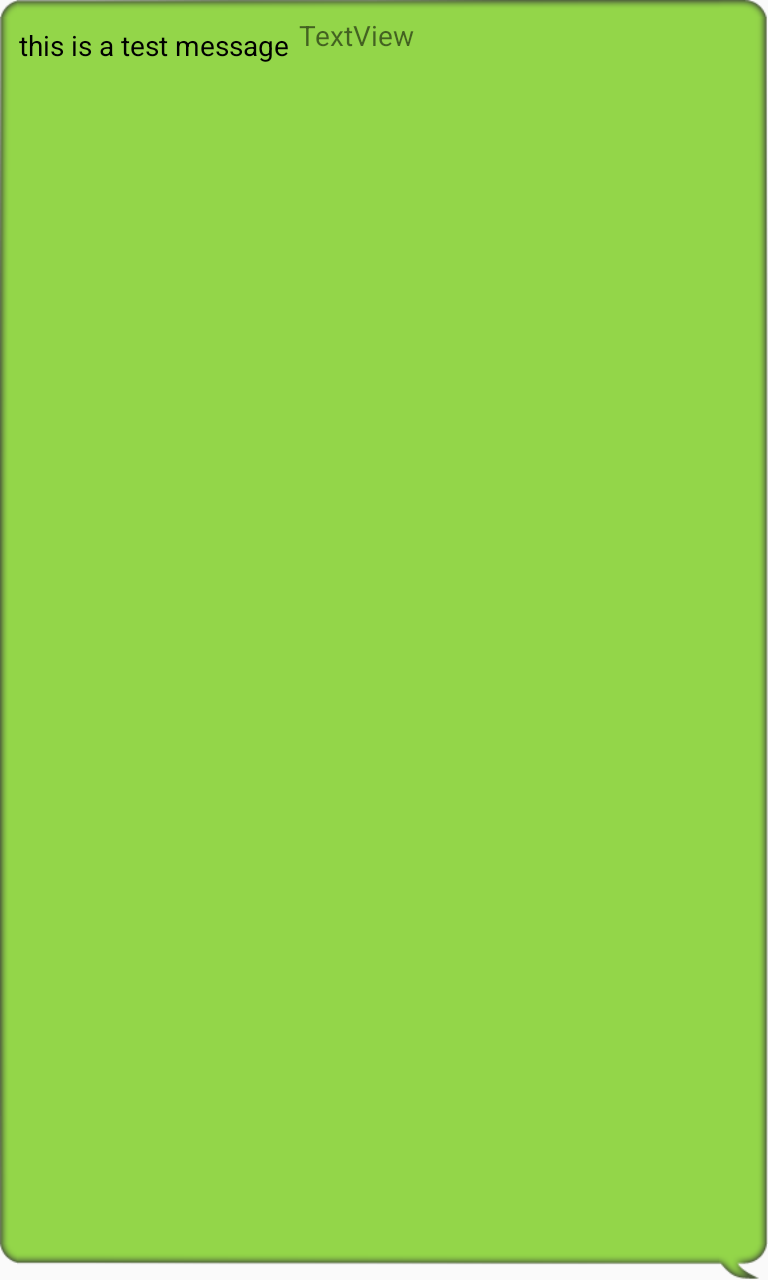
Repository: fareehaamjad/SMI-final
Layout: SecureMobileIdentity/res/layout/sms_row.xml
An editor plug-in stored every save of this project. The layout is shown before and after the next save, followed by the edit.
It is drawn on a 768 x 1280 px phone screen (xhdpi) without system bars, with theme AppTheme; the app's code is not run.

Above is the layout before, as saved 2015-08-22 09:30:34.

### SecureMobileIdentity/res/layout/sms_row.xml
<?xml version="1.0" encoding="utf-8"?>
<LinearLayout xmlns:android="http://schemas.android.com/apk/res/android"
    android:layout_width="wrap_content"
    android:layout_height="wrap_content"
    android:background="@drawable/speech_bubble_green"
    android:orientation="horizontal" >

    <TextView
        android:id="@+id/message_text"
        android:layout_width="wrap_content"
        android:layout_height="wrap_content"
        android:layout_margin="5sp"
        android:shadowColor="@color/textShadow"
        android:shadowDx="1"
        android:shadowDy="1"
        android:text="this is a test message"
        android:textColor="@color/textColor"
        android:textSize="14sp" />

    <TextView
        android:id="@+id/textView1"
        android:layout_width="wrap_content"
        android:layout_height="wrap_content"
        android:text="TextView" />

</LinearLayout>

### SecureMobileIdentity/res/values/styles.xml
<resources>

    <!--
        Base application theme, dependent on API level. This theme is replaced
        by AppBaseTheme from res/values-vXX/styles.xml on newer devices.

    -->
    <style name="AppBaseTheme" parent="Theme.AppCompat.Light">
        <!--
            Theme customizations available in newer API levels can go in
            res/values-vXX/styles.xml, while customizations related to
            backward-compatibility can go here.

        -->
    </style>

    <!-- Application theme. -->
    <style name="AppTheme" parent="AppBaseTheme">
        <!-- All customizations that are NOT specific to a particular API-level can go here. -->
    </style>

    <style name="chat_text_message_style">
        <item name="android:layout_width">wrap_content</item>
        <item name="android:layout_height">wrap_content</item>
        <item name="android:paddingTop">5dp</item>
        <item name="android:paddingBottom">5dp</item>
        <item name="android:paddingLeft">8dp</item>
        <item name="android:paddingRight">8dp</item>
        <item name="android:textSize">16sp</item>
        <item name="android:textColor">@android:color/black</item>
    </style>

    <style name="chat_timings">
        <item name="android:layout_width">wrap_content</item>
        <item name="android:layout_height">wrap_content</item>
        <item name="android:textSize">12sp</item>
    </style>

</resources>

### SecureMobileIdentity/res/values/colors.xml
<?xml version="1.0" encoding="utf-8"?>
<resources>
    <item name="textColor" type="color">#000000</item>
    <color name="textShadow">#FFF</color>
    <color name="blue">#33B5E5</color>
    <color name="purple">#57068c</color>
</resources>

Loaded but not shown: SecureMobileIdentity/res/values-v11/styles.xml (common file); SecureMobileIdentity/res/values-v14/styles.xml (common file)

After the next save:
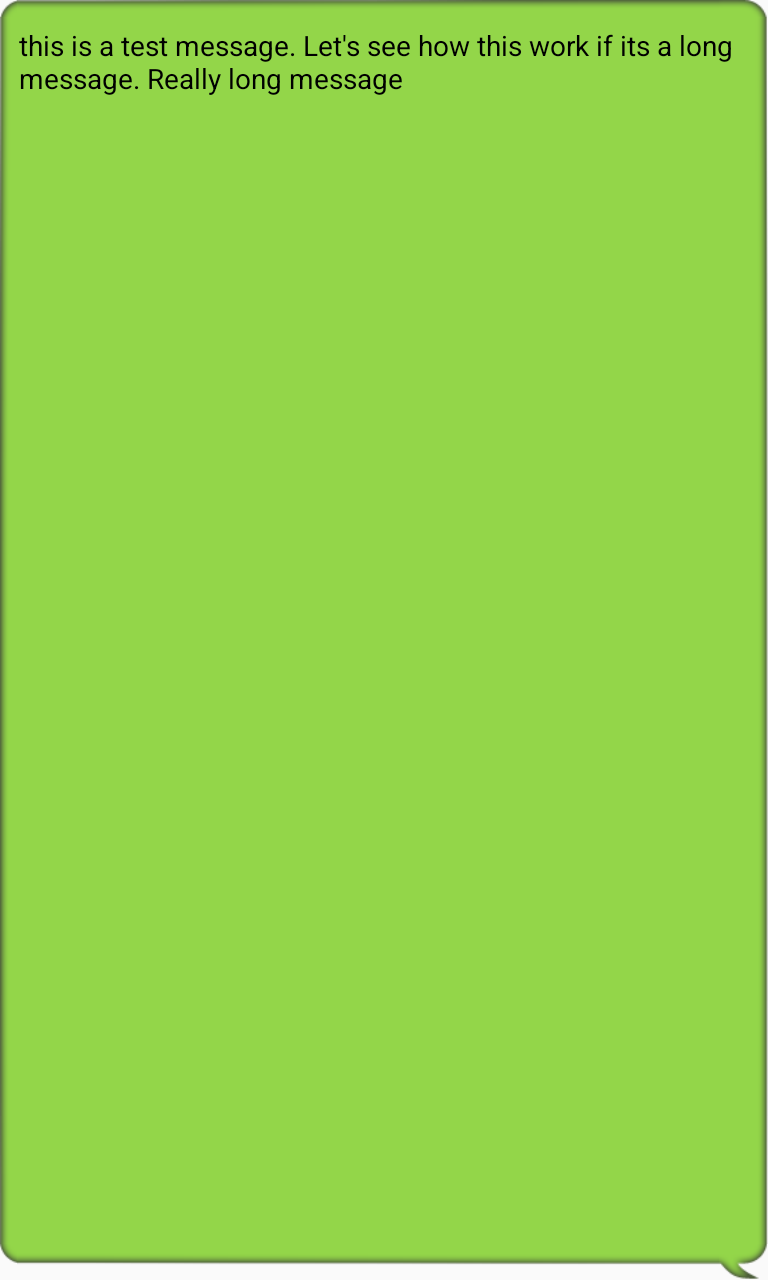
Saved 79 s later.
--- a/SecureMobileIdentity/res/layout/sms_row.xml
+++ b/SecureMobileIdentity/res/layout/sms_row.xml
@@ -13,7 +13,7 @@
         android:shadowColor="@color/textShadow"
         android:shadowDx="1"
         android:shadowDy="1"
-        android:text="this is a test message"
+        android:text="this is a test message. Let's see how this work if its a long message. Really long message"
         android:textColor="@color/textColor"
         android:textSize="14sp" />
 
@@ -21,6 +21,7 @@
         android:id="@+id/textView1"
         android:layout_width="wrap_content"
         android:layout_height="wrap_content"
-        android:text="TextView" />
+        android:text="TextView"
+        android:textSize="14sp" />
 
 </LinearLayout>
